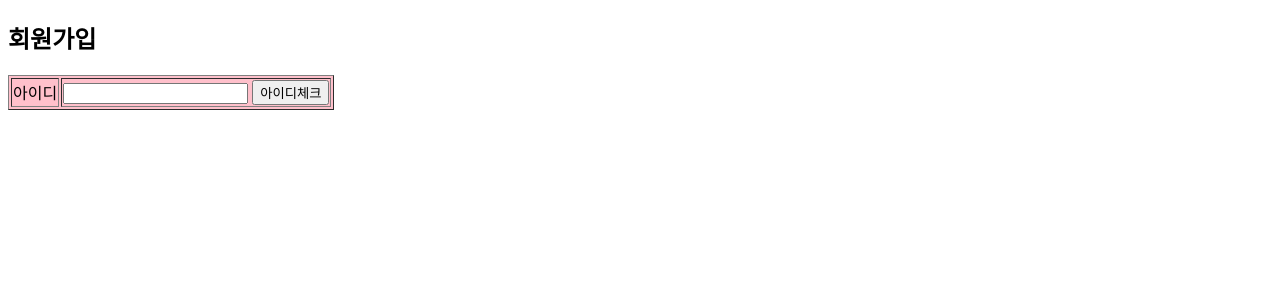
Repository: SongHyeSun/JSP
Page: http://localhost/och12/joinForm.jsp
The author's editor kept a copy of each file at every save. The page is drawn from the files as they stood at one save, then again after a run of saves.
The browser window is 1280 px wide. The pictures show the whole page.
The page is served by Tomcat 9. Other server files are loaded and not shown.

Above is the page before, as saved 2024-07-23 01:40:49.

### jspSrc17/och12/src/main/webapp/joinForm.jsp
<%@ page language="java" contentType="text/html; charset=UTF-8"
    pageEncoding="UTF-8"%>
<!DOCTYPE html>
<html>
<head>
<meta charset="UTF-8">
<title>Insert title here</title>
<style type="text/css">
	table {
		background-color: pink;
	}
</style>
</head>
<body>
	<h2>회원가입</h2>
	<form action="joinPro.jsp" name="frm" onsubmit="return chk()">
		<table border="1">
			<tr>
				<td>아이디</td>
				<td><input type="text" name="id" required="required">
					<input type="button" value="아이디체크" onclick="winop()"></td>
			</tr>
		</table>
	</form>
</body>
</html>

After the next 2 saves:
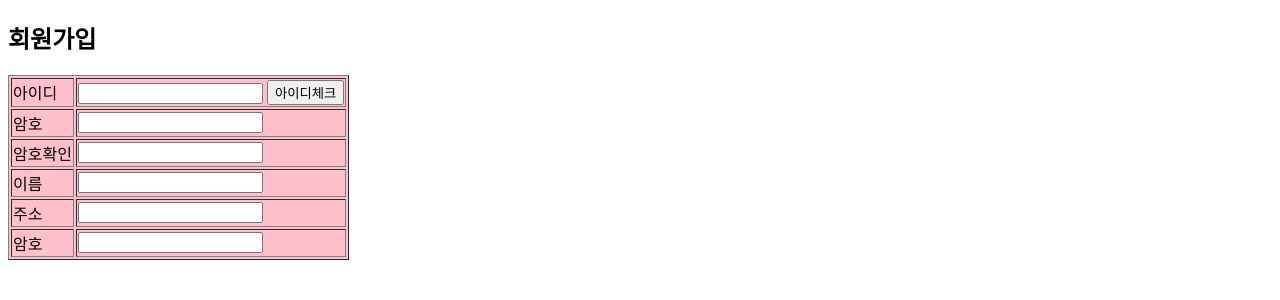
The 2 saves are shown as one change because they came seconds apart.
The last was saved 97 s later.
--- a/jspSrc17/och12/src/main/webapp/joinForm.jsp
+++ b/jspSrc17/och12/src/main/webapp/joinForm.jsp
@@ -20,6 +20,27 @@
 				<td><input type="text" name="id" required="required">
 					<input type="button" value="아이디체크" onclick="winop()"></td>
 			</tr>
+			<tr>
+				<td>암호</td>
+				<td><input type="password" name="passwd" required="required"></td>
+			</tr>
+			<tr>
+				<td>암호확인</td>
+				<td><input type="password" name="passwd2" required="required"></td>
+			</tr>
+			<tr>
+				<td>이름</td>
+				<td><input type="text" name="name" required="required"></td>
+			</tr>
+			<tr>
+				<td>주소</td>
+				<td><input type="password" name="passwd" required="required"></td>
+			</tr>
+			<tr>
+				<td>암호</td>
+				<td><input type="password" name="passwd" required="required"></td>
+			</tr>
+
 		</table>
 	</form>
 </body>
